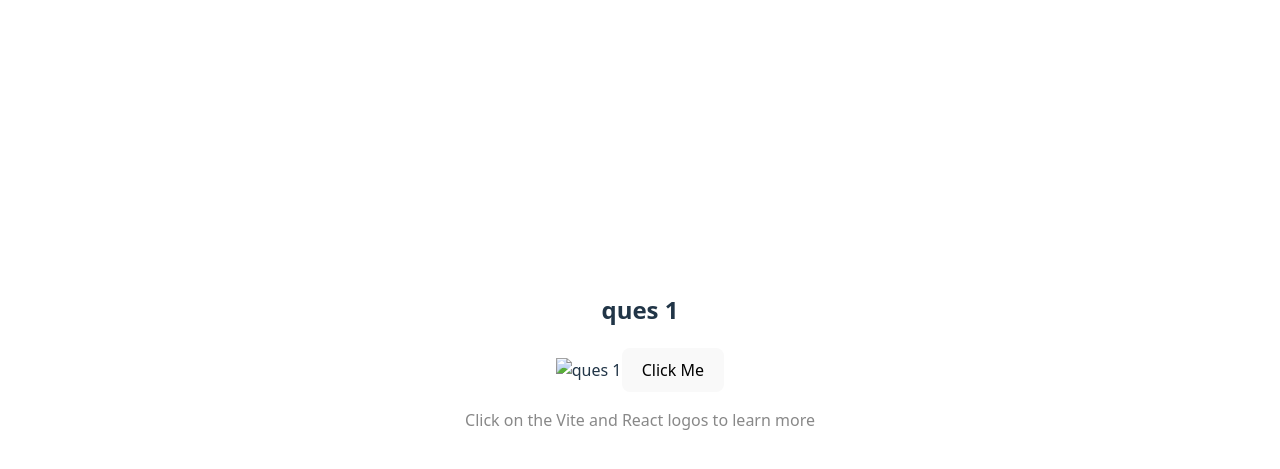
Repository: soluchi07/Flashcard-app
Page: /
These files come from the project's save history. The page is drawn as it stood at one moment and after the next save; the edit follows.
The browser window is 1280 px wide. The pictures show the whole page.
The project was rebuilt for these pictures with package versions that can differ from the ones it lists, and the page was loaded fresh each time. Also part of the build but not shown: vite.config.js, src/components/Card.css.

Above is the page before, as saved 2025-06-13 17:11:55.

### index.html
<!doctype html>
<html lang="en">
  <head>
    <meta charset="UTF-8" />
    <link rel="icon" type="image/svg+xml" href="/gear.png" />
    <meta name="viewport" content="width=device-width, initial-scale=1.0" />
    <title>Study with Me!</title>
  </head>
  <body>
    <div id="root"></div>
    <script type="module" src="/src/main.jsx"></script>
  </body>
</html>

### src/index.css
:root {
  font-family: system-ui, Avenir, Helvetica, Arial, sans-serif;
  line-height: 1.5;
  font-weight: 400;

  color-scheme: light dark;
  color: rgba(255, 255, 255, 0.87);
  background-color: #002050;

  font-synthesis: none;
  text-rendering: optimizeLegibility;
  -webkit-font-smoothing: antialiased;
  -moz-osx-font-smoothing: grayscale;
}

a {
  font-weight: 500;
  color: #646cff;
  text-decoration: inherit;
}
a:hover {
  color: #535bf2;
}

body {
  margin: 0;
  display: flex;
  place-items: center;
  min-width: 320px;
  min-height: 100vh;
}

h1 {
  font-size: 3.2em;
  line-height: 1.1;
}

button {
  border-radius: 8px;
  border: 1px solid transparent;
  padding: 0.6em 1.2em;
  font-size: 1em;
  font-weight: 500;
  font-family: inherit;
  background-color: #1a1a1a;
  cursor: pointer;
  transition: border-color 0.25s;
}
button:hover {
  border-color: #646cff;
}
button:focus,
button:focus-visible {
  outline: 4px auto -webkit-focus-ring-color;
}

@media (prefers-color-scheme: light) {
  :root {
    color: #213547;
    background-color: #ffffff;
  }
  a:hover {
    color: #747bff;
  }
  button {
    background-color: #f9f9f9;
  }
}

### src/App.jsx
import { useState } from 'react'
import './App.css'
import Card from '/src/components/Card.jsx'
import Card_DATA from '/src/components/Cards.JSON'

function App() {
  const [index, setIndex] = useState(0)


  return (
    <>
      <Card title="ques 1" description="N/A"/>
      <p className="read-the-docs">
        Click on the Vite and React logos to learn more
      </p>
    </>
  )
}

export default App

### src/components/Card.jsx
import { useState } from 'react'
import './Card.css'


function Card(props) {



    return(
        <>
        <div id="card">
            <h2>{props.title}</h2>
            <img src={props.image} alt={props.title} />
            <button onClick={props.onClick}>Click Me</button>
        </div>
        </>
    )
}

export default Card;

### src/components/Cards.JSON
[
    {

        "question": "What is two's complement representation, and why is it used?",
        "answer": "It represents signed integers; negative numbers are stored by inverting bits of the positive value and adding 1, simplifying arithmetic operations.",
        "category": "data_representation",
        "image": ""
    },
    {

        "question": "How do you convert a decimal number to IEEE-754 single precision?",
        "answer": " Convert integer part to binary, convert fraction, normalize to 1.x * 2^exp, bias the exponent (add 127), assemble: 1 bit sign, 8-bit exponent, 23-bit mantissa.",
        "image": "",
        "category": "data_representationn"
    },
    {

        "question": "Convert the decimal number -13 to 8-bit two's complement.",
        "answer": "Binary of 13: 00001101 → Invert: 11110010 → Add 1: 11110011.",
        "category": "data_representation",
        "image": ""
    },
    {
        "question": "What is the Boolean expression for an XOR gate?",
        "answer": "A ⊕ B = AB' + A'B",
        "category": "digital_logic",
        "image": ""
    },
    {
        "question": "How do you simplify the Boolean expression A + AB?",
        "answer": "Using absorption law: A + AB = A.",
        "category": "boolean_simplification",
        "image": ""
    },
    {

        "question": "What is the truth table for a NAND gate?",
        "answer": "Outputs 0 only when both inputs are 1; otherwise, outputs 1.",
        "category": "digital_logic",
        "image": ""
    },
    {

        "question": "What is the function of a decoder circuit?",
        "answer": " Converts binary inputs into a one-hot output (activates exactly one output line).",
        "category": "digital_logic",
        "image": ""
    },
    {

        "question": "What is the difference between combinational and sequential logic?",
        "answer": "Combinational logic outputs depend only on current inputs; sequential logic outputs depend on current inputs and past states (memory).",
        "category": "sequential_logic",
        "image": ""
    },
    {

        "question": "What is a flip-flop in digital circuits?",
        "answer": "A memory element that stores one bit of data, changing state based on clock signals.",
        "category": "sequential_logic",
        "image": ""
    },
    {

        "question": "What is the purpose of a multiplexer?",
        "answer": "Selects one of many inputs to forward to the output based on select lines.",
        "category": "digital_logic",
        "image": ""
    },
    {

        "question": "How many variables can be managed on a 4-variable Karnaugh map?",
        "answer": "T4 variables, 16 cells.",
        "category": "data_representation",
        "image": ""
    },
    {

        "question": "Q: What is the main difference between synchronous and asynchronous sequential logic?",
        "answer": "Synchronous logic uses clock signals to synchronize state changes; asynchronous logic changes state based on input changes without a clock.",
        "category": "sequential_logic",
        "image": ""
    },
    {

        "question": "How does parity differ from ECC?",
        "answer": "Parity detects single-bit errors by adding one extra bit; ECC (e.g., Hamming code) both detects and corrects certain error types.",
        "category": "memory_systems",
        "image": ""
    },
    {

        "question": "Explain the memory hierarchy.",
        "answer": " Registers → Cache (L1, L2, L3) → Main memory (RAM) → Secondary storage (disk, optical). Faster memory is smaller and more expensive; slower memory is larger and cheaper.",
        "category": "data_representation",
        "image": ""
    },
    {
        "question": "What is the purpose of a cache in a computer system?",
        "answer": "Cache stores frequently accessed data to speed up access times, reducing latency compared to main memory.",
        "category": "memory_systems",
        "image": ""
    },
    {
        "question": "What is the difference between SRAM and DRAM?",
        "answer": "SRAM (Static RAM) is faster, uses flip-flops, and retains data without refresh; DRAM (Dynamic RAM) is slower, uses capacitors, and requires periodic refresh.",
        "category": "memory_systems",
        "image": ""
    },
    {
        "question": "Compare RISC vs. CISC architectures.",
        "answer": "RISC features a small, regular instruction set, fixed instruction length, and pipeline-friendly design. CISC features complex, variable-length instructions often involving microcode.",
        "category": "processor_architecture",
        "image": ""
    },
    {
        "question": " What's memory-mapped I/O?",
        "answer": "I/O devices are mapped into the processor's memory address space; load/store instructions access devices just like memory.",
        "category": "io_mechanisms",
        "image": ""
    },
    {
        "question": "How does DMA differ from programmed I/O?",
        "answer": " DMA allows peripherals to transfer data directly to/from memory without CPU intervention; programmed I/O relies entirely on CPU to move data.",
        "category": "cpu_architecture",
        "image": ""
    }
]

Loaded but not shown: src/main.jsx (common file); src/App.css (common file)

After the next save:
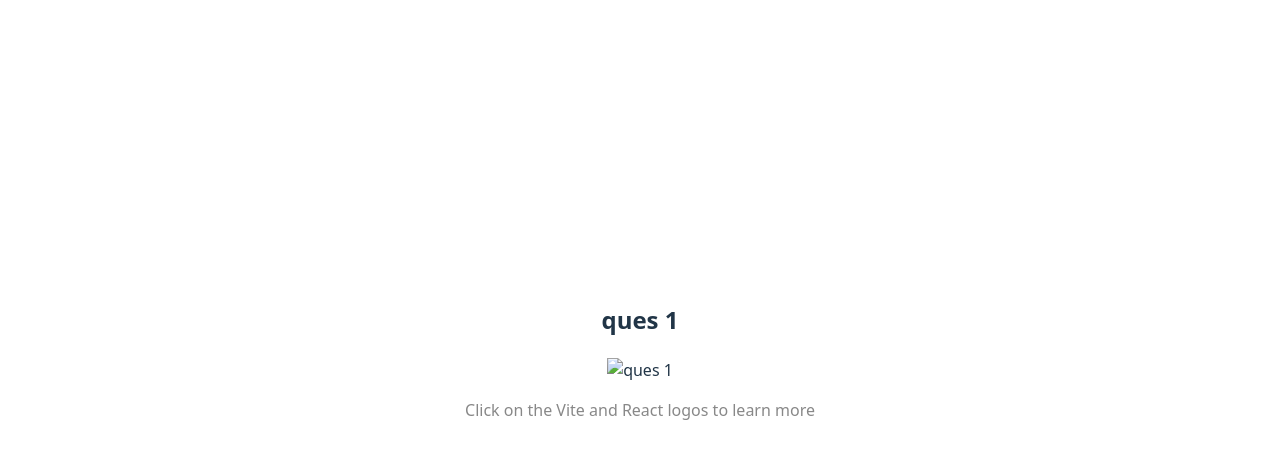
Saved 13 s later.
--- a/src/components/Card.jsx
+++ b/src/components/Card.jsx
@@ -11,7 +11,6 @@
         <div id="card">
             <h2>{props.title}</h2>
             <img src={props.image} alt={props.title} />
-            <button onClick={props.onClick}>Click Me</button>
         </div>
         </>
     )
